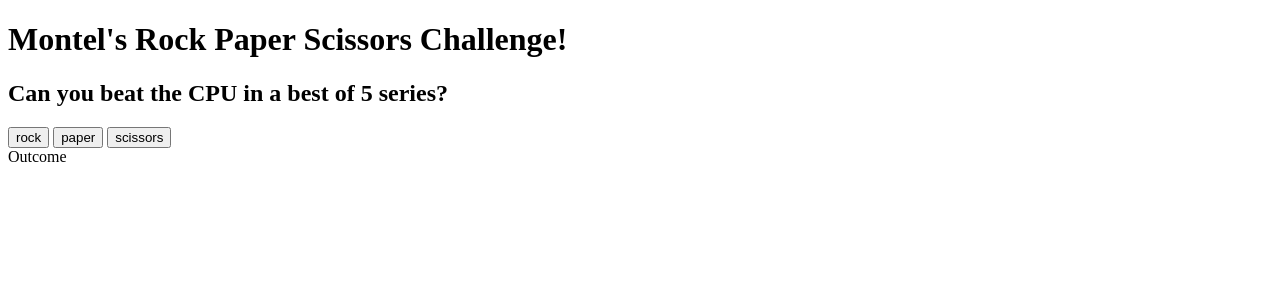
Repository: mnhardy1504/odin-recipes1
Page: repos/member-montel-rockpaperscissors/index.html
The author's editor kept a copy of each file at every save. The page is drawn from the files as they stood at one save, then again after the next save.
The browser window is 1280 px wide. The pictures show the whole page.

Above is the page before, as saved 2023-10-30 18:08:27.

After the next save:
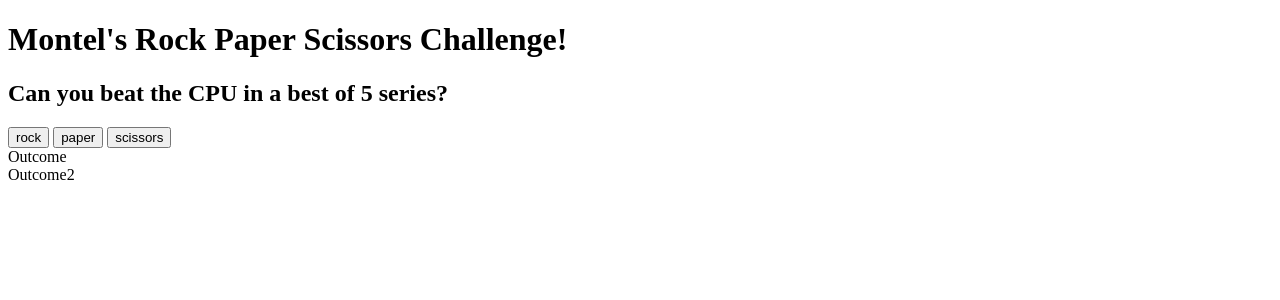
Saved 4 s later.
--- a/repos/member-montel-rockpaperscissors/index.html
+++ b/repos/member-montel-rockpaperscissors/index.html
@@ -3,6 +3,7 @@
 <head>
   <meta charset="UTF-8">
   <title>Page Title</title>
+  <script src="index.js"></script>
 </head>
 <body>
   <h1> Montel's Rock Paper Scissors Challenge! </h1>
@@ -11,7 +12,7 @@
 <button onclick="playRound('paper', getComputerChoice())">paper</button>
 <button onclick="playRound('scissors', getComputerChoice())">scissors</button>
  <div id="answer">Outcome</div>
-
+ <div id="reply">Outcome2</div>
 
 </body>
 </html>
